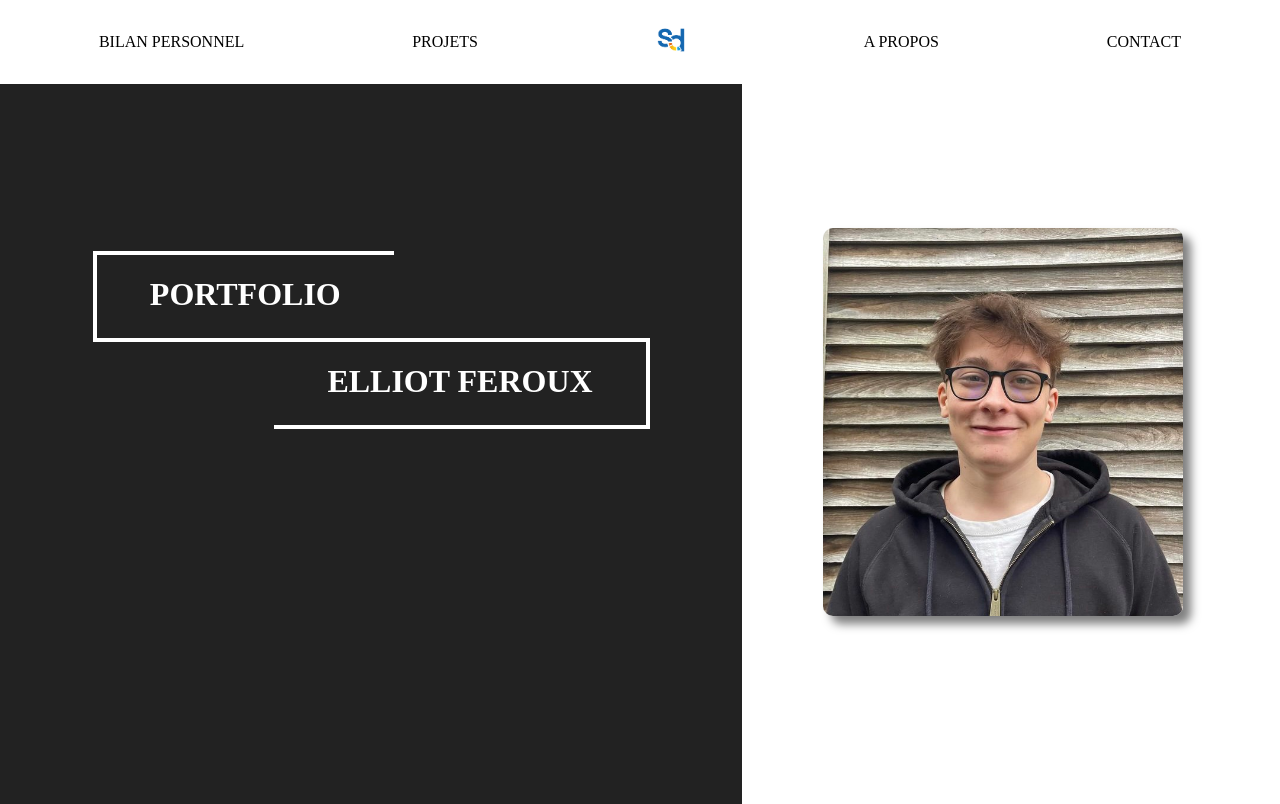
Repository: elliotfx/elliotfx.github.io
Page: html/main.html
The author's editor kept a copy of each file at every save. The page is drawn from the files as they stood at one save, then again after the next save.
The browser window is 1280 px wide. The pictures show the whole page.

Above is the page before, as saved 2025-03-18 20:05:23.

### html/main.html
<!DOCTYPE html>
<html lang="fr">

<head>
    <meta charset="UTF-8">
    <meta name="viewport" content="width=device-width, initial-scale=1.0">
    <meta name="author" content="Elliot FEROUX">
    <meta name="description" content="Portfolio de Elliot FEROUX">
    <link rel="shortcut icon" href="SD.png" type="image/x-icon">
    <title>Accueil (Portfolio Elliot FEROUX)</title>
    <link rel="stylesheet" type="text/css" href="./../css/style.css" media="screen">
    <link rel="preconnect" href="https://fonts.googleapis.com">
    <link rel="preconnect" href="https://fonts.gstatic.com" crossorigin>
    <link href="https://fonts.googleapis.com/css2?family=Kanit:ital,wght@0,100;0,200;0,300;0,400;0,500;0,600;0,700;0,800;1,100;1,200;1,300;1,400;1,500;1,600;1,700;1,800&display=swap" rel="stylesheet">
    <link rel="stylesheet" href="../css/font-awesome-4.7.0/css/font-awesome.min.css">
</head>

<body>

    <header>
        <div class="navbar" id="nav">
            <div class="burger-container">
                <i class="fa fa-bars iconeburger" aria-hidden="true"></i>
            </div>
            <ul class="navbar-menu">
                <li class="link-nav-underline"><a href="bilan.html">BILAN PERSONNEL</a></li>
                <li class="link-nav-underline-projet"><a href="projets.html">PROJETS</a></li>
                <li class="logo">
                    <a href="https://iutp.univ-poitiers.fr/sd/" target="_blank">
                        <img src="./../Images/SD.png" alt="Logo BUT Sciences des Données">
                    </a>
                </li>
                <li class="link-nav-underline"><a href="apropos.html">A PROPOS</a></li>
                <li class="link-nav-underline"><a href="contact.html">CONTACT</a></li>
            </ul>
        </div>

        <div id="burgerbar">
            <a href="https://iutp.univ-poitiers.fr/sd/" target="_blank"><img src="./../Images/SD.png" alt="Logo BUT Sciences des Données" class="logo-burger"></a>
            <i class="fa fa-times iconeburgerclose" aria-hidden="true"></i>
            <ul class="burger-menu-list">
                <li class="link-nav-underline"><a href="bilan.html">BILAN PERSONNEL</a></li><br>
                <li class="link-nav-underline"><a href="projets1.html">PROJETS</a></li><br>
                <li class="link-nav-underline"><a href="apropos.html">A PROPOS</a></li><br>
                <li class="link-nav-underline"><a href="contact.html">CONTACT</a></li>
            </ul>
        </div>
    </header>



    <div class="container">
        <div class="half black">
            <div class="titles-container">
                <div class="portfolio-container">
                    <h1>PORTFOLIO</h1>
                </div>
                <div class="name-container">
                    <h1>ELLIOT FEROUX</h1>
                </div>
            </div>
        </div>
        <div class="half white">
            <div class="contenu">
                <a href="apropos.html"><img src="./../Images/PHOTO.jpg" alt="Photo de Elliot FEROUX" class="photo"></a>
            </div>
        </div>
    </div>

    <div class="bas">
        <div class="containerphoto2">
            <a href="apropos.html"><img src="./../Images/PHOTO.jpg" alt="Photo de Elliot FEROUX" class="photo2"></a>
        </div>
    </div>

    <script src="./../js/script_projets.js"></script>
    <script src="./../JS/headerloader.js"></script>

</body>

</html>

### css/style.css
@import "navbar_stylesheet.css" ;

.bas {
    display: none;
    position: relative;
    bottom: 0;
    left: 0;
    width: 100%;
    height: 500px;
    background-color: rgb(255, 255, 255);
    box-sizing: border-box;
    z-index: 1000;
}

.bas .photo2 {
    width: 40%;
    height: auto;
    display: block;
    left: 32%;
    top: 10%;
}

.logo:hover img {
    animation: anim 1s infinite alternate;
}

body, html {
    margin: 0;
    padding: 0;
    overflow: hidden;
}

.nom,
.portfolio {
    font-family: "Géorgie", sans-serif;
    position: absolute;
    color: #fff;
}

.photo {
    position: relative;
    float: right;
    border-radius: 10px;
    box-shadow: 8px 8px 10px 0 rgba(0, 0, 0, 0.5);
    width: 50vh;
}

.photo2 {
    width: 100%;
    display: block;
    border-radius: 10px;
    box-shadow: 8px 8px 10px 0 rgba(0, 0, 0, 0.5);
    position: relative;
}

.contenu {
    position: absolute;
    float: right;
    width: fit-content;
    height: fit-content;
    right: 18%;
    top: 16%;
    transition: 1s;
    display: inline;
    margin-left: ;
}

.containerphoto2 {
    position: absolute;
    transition: 1s;
    height: 100%;
    width: 100%;
    display: inline;
    left: 0;
    top: 0;
}

.containerphoto2:hover,
.contenu:hover {
    transform: scale(1.10);
}

.container {
    width: 100%;
    height: 100vh;
    display: flex;
}

.half {
    height: 100%;
    position: relative;
}

.black {
    position: relative;
    background-color: #222222;
    width: 58%;
}

.white {
    position: relative;
    background-color: #fff;
    width: 42%;
}

.nom {
    top: 43.5%;
    left: 40%;
    font-size: 3em;
    position: absolute;
}

.titles-container {
    width: 100%;
    height: 100%;
    display: block;
    justify-content: center;
    align-items: center;
    padding-top: 21.5%;
}

.titles-container .portfolio-container {
    float: left;
    width: 40%;
    margin-left: 12.5%;
    border-top: 4px solid #fff;
    border-left: 4px solid #fff;
    border-bottom: 4px solid #fff;
}

.titles-container .name-container {
    float: right;
    width: 50%;
    margin-right: 12.5%;
    border-top: 4px solid #fff;
    border-right: 4px solid #fff;
    border-bottom: 4px solid #fff;
    margin-top: -4px;
}

h1 {
    width: 100%;
    font-size: 4em;
    color: #fff;
    text-align: center;
}

h1:after {
    content: "";
    display: block;
    margin-left: 5%;
    width: 90%;
    height: 3px;
    background: #ffffff;
    transform: scaleX(0);
    transition: transform 0.2s ease-in-out;
}

h1:hover:after {
    transform: scaleX(1);
}

.navbar > ul {
    justify-content: space-around;
}

.left-links > ul > li,
.right-links > ul > li {
    margin-left: 0;
}

.left-links > ul > li + li,
.right-links > ul > li + li {
    margin-left: 20px;
}

@media screen and (max-width: 1400px) {
    .Lignes {
        width: 100%;
    }

    .contenu {
        top: 20%;
    }
}

@media screen and (max-width: 1440px) {
    .nom {
        left: calc(43% - 8%);
    }

    h1 {
        font-size: 3em;
    }
}

@media screen and (max-width: 1415px) {
    .nom {
        left: calc(36% - 8%);
    }

    .titles-container {
        padding-top: 21.5%;
    }
}

@media screen and (max-width: 1390px) {
    .nom {
        left: calc(35% - 8%);
    }

    h1 {
        font-size: 2em;
    }

    .titles-container {
        padding-top: calc(21.5% + 1%);
    }
}

@media screen and (max-width: 1300px) {
    .nom {
        left: calc(34% - 8%);
    }
}

@media screen and (max-width: 1275px) {
    .nom {
        left: calc(33% - 8%);
    }

    .titles-container {
        padding-top: calc(21.5% + 3%);
    }
}

@media screen and (max-width: 1250px) {
    .nom {
        left: calc(32% - 8%);
    }
}

@media screen and (max-width: 1225px) {
    .nom {
        left: calc(31% - 8%);
    }

    .titles-container {
        padding-top: calc(21.5% + 5%);
    }
}

@media screen and (max-width: 1200px) {
    .nom {
        left: calc(30% - 8%);
    }
}

@media screen and (max-width: 1175px) {
    .nom {
        left: calc(29% - 8%);
    }

    .titles-container {
        padding-top: calc(21.5% + 7%);
    }
}

@media screen and (max-width: 1150px) {
    .nom {
        left: calc(28% - 8%);
    }
}

@media screen and (max-width: 1125px) {
    .nom {
        left: calc(27% - 8%);
    }
    .titles-container {
        padding-top: calc(21.5% + 9%);
    }
}

@media screen and (max-width: 1100px) {
    .nom {
        left: calc(26% - 8%);
    }
}

@media screen and (max-width: 1075px) {
    .nom {
        left: calc(25% - 8%);
    }

    .titles-container {
        padding-top: calc(21.5% + 11%);
    }
}

@media screen and (max-width: 1050px) {
    .nom {
        left: calc(24% - 8%);
    }
}

@media screen and (max-width: 1025px) {
    .nom {
        left: calc(23% - 8%);
    }
}

@media screen and (max-width: 1000px) {
    .nom {
        left: calc(22% - 8%);
    }
    .titles-container {
        padding-top: calc(21.5% + 13%);
    }
}

@media screen and (max-width: 975px) {
    .nom {
        left: calc(21% - 8%);
    }
}

@media screen and (max-width: 950px) {
    .nom {
        left: calc(20% - 8%);
    }
}

@media screen and (max-width: 925px) {
    .nom {
        left: calc(19% - 8%);
    }
    .titles-container {
        padding-top: calc(21.5% + 15%);
    }
}

@media screen and (max-width: 900px) {
    .Lignes {
        left: 0;
        top: 5%;
    }

    .white {
        display: none;
    }

    .black {
        width: 100%;
    }

    body, html {
        overflow-y: auto;
    }

    .nom {
        left: 40%;
    }

    .navbar > ul {
        justify-content: flex-end;
    }

    ul > li.left-links,
    ul > li.right-links {
        display: none;
    }

    ul > li.logo {
        float: right;
    }

    .burger-container {
        display: block;
    }

    .bas {
        display: block;
    }

    .containerphoto2 {
        display: block;
    }
    .photo2 {
        position: absolute;
        width: 100%;
        height: auto;
        display: block;
    }

    .black {
        height: 95%;
    }
    .titles-container {
        padding-top: 21.5%;
    }
}

.iconeburger {
    cursor: pointer;
    position: relative;
}

#burgerbar {
    height: 100vh;
    width: 50%;
    background-color: #fff;
    position: fixed;
    top: 0;
    left: -100%;
    display: flex;
    flex-direction: column;
    align-items: center;
    justify-content: center;
    z-index: 3000;
    transition: left 0.3s ease-in-out;
    padding: 20px;
    box-shadow: 2px 0 5px rgba(0, 0, 0, 0.5);
}

#burgerbar .iconeburgerclose {
    font-size: 2em;
    cursor: pointer;
    position: absolute;
    top: 20px;
    right: 20px;
}

.burger-menu-list {
    list-style-type: none;
    padding: 0;
    margin: 0;
    width: 100%;
    text-align: center;
}

.burger-menu-list li {
    margin: 20px 0;
}

.burger-container {
    display: none;
    width: 5%;
    height: 100%;
    justify-content: center;
    align-items: center;
    cursor: pointer;
}

.burger-container .iconeburger {
    font-size: 2em;
}

.burger-logo {
    position: absolute;
    bottom: 20px;
    right: 20px;
}

#burgerbar .logo-burger {
    max-width: 50px;
    height: auto;
}

@media screen and (max-width: 900px) {
    .burger-container {
        display: flex;
    }
    .navbar ul {
        display: none;
    }
}

.burger-container.open #burgerbar {
    left: 0;
}

@media screen and (max-width: 900px) {
    .navbar ul {
        display: none;
    }

    .burger-menu-list {
        position: relative;
        display: block;
    }

    .burger-menu-list li {
        margin: 10px 0;
    }
}

### JS/headerloader.js
// headerLoader.js
fetch('html/header.html')
    .then(response => response.text())
    .then(data => {
        document.getElementById('header-placeholder').innerHTML = data;
    })
    .catch(error => console.error('Erreur lors du chargement du header :', error));

### css/navbar_stylesheet.css
html,
body {
    overflow-x: hidden;
}

ul {
    list-style-type: none;
    padding: 0;
    margin: 0;
}

header {
    background-color: #ffffff;
    box-shadow: 3px 3px 4px rgba(205, 205, 205, 0.5);
    display: flex;
    justify-content: center;
    align-items: center;
    padding: 15px;
    z-index: 2000;
}

.navbar {
    width: 100%;
    display: flex;
    justify-content: center;
    align-items: center;
}

/* Modification principale pour répartir équitablement les éléments */
.navbar-menu {
    display: flex;
    justify-content: space-around;
    align-items: center;
    width: 100%;
}

.logo img {
    width: 50px;
    height: 50px;
}

/* Effet souligné au survol */
.link-nav-underline, .link-nav-underline-projet {
    display: inline-block;
    position: relative;
    text-decoration: none;
    color: inherit;
}

.link-nav-underline::after,
.link-nav-underline-projet::after {
    content: "";
    display: block;
    position: absolute;
    bottom: 0;
    left: 0;
    width: 100%;
    height: 2px;
    background: #000;
    transform: scaleX(0);
    transition: transform 0.2s ease-in-out;
    transform-origin: left;
}

.link-nav-underline:hover::after,
.link-nav-underline-projet:hover::after {
    transform: scaleX(1);
}

/* Style du menu burger */
.burger-container {
    display: none;
    cursor: pointer;
}

#burgerbar {
    height: 100vh;
    width: 50%;
    background-color: #fff;
    position: fixed;
    top: 0;
    left: -100%;
    display: flex;
    flex-direction: column;
    align-items: center;
    justify-content: center;
    z-index: 3000;
    transition: left 0.3s ease-in-out;
    padding: 20px;
    box-shadow: 2px 0 5px rgba(0, 0, 0, 0.5);
}

/* Responsive pour mobiles */
@media screen and (max-width: 900px) {
    .navbar-menu {
        display: none;
    }

    .burger-container {
        display: flex;
    }

    .burger-menu-list {
        display: block;
        text-align: center;
    }

    .burger-menu-list li {
        margin: 15px 0;
    }
}


a{
    color: inherit;
    text-decoration: none;
}

### html/header.html
<header>
    <div class="navbar" id="nav">
        <div class="burger-container">
            <i class="fa fa-bars iconeburger" aria-hidden="true"></i>
        </div>
        <ul class="navbar-menu">
            <li class="link-nav-underline"><a href="bilan.html">BILAN PERSONNEL</a></li>
            <li class="link-nav-underline-projet"><a href="projets.html">PROJETS</a></li>
            <li class="logo">
                <a href="https://iutp.univ-poitiers.fr/sd/" target="_blank">
                    <img src="./../Images/SD.png" alt="Logo BUT Sciences des Données">
                </a>
            </li>
            <li class="link-nav-underline"><a href="apropos.html">A PROPOS</a></li>
            <li class="link-nav-underline"><a href="contact.html">CONTACT</a></li>
        </ul>
    </div>

    <div id="burgerbar">
        <a href="https://iutp.univ-poitiers.fr/sd/" target="_blank"><img src="./../Images/SD.png" alt="Logo BUT Sciences des Données" class="logo-burger"></a>
        <i class="fa fa-times iconeburgerclose" aria-hidden="true"></i>
        <ul class="burger-menu-list">
            <li class="link-nav-underline"><a href="bilan.html">BILAN PERSONNEL</a></li><br>
            <li class="link-nav-underline"><a href="projets1.html">PROJETS</a></li><br>
            <li class="link-nav-underline"><a href="apropos.html">A PROPOS</a></li><br>
            <li class="link-nav-underline"><a href="contact.html">CONTACT</a></li>
        </ul>
    </div>
</header>

Loaded but not shown: css/font-awesome-4.7.0/css/font-awesome.min.css (library); JS/script_projets.js (no copy from this time; the picture is the same without it)

After the next save:
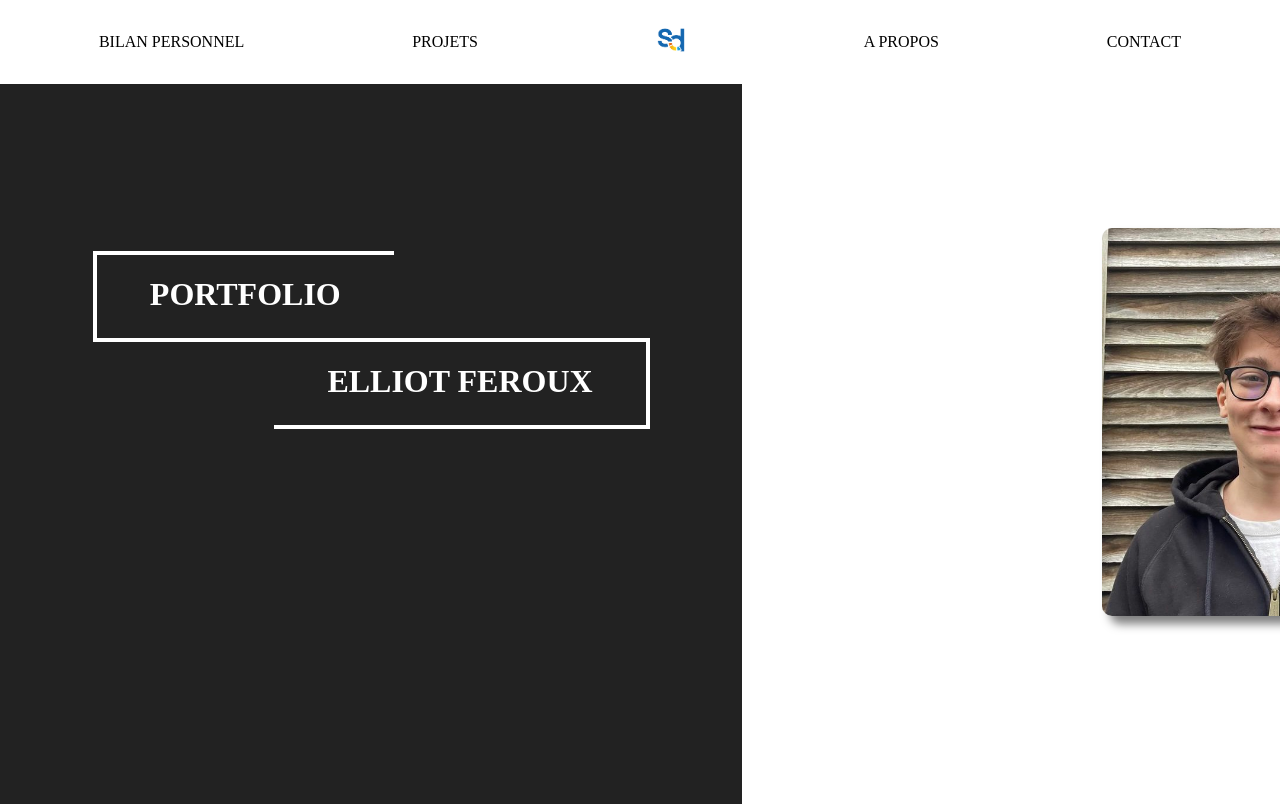
Saved 2 min 0 s later.
--- a/css/style.css
+++ b/css/style.css
@@ -58,11 +58,10 @@ body, html {
     float: right;
     width: fit-content;
     height: fit-content;
-    right: 18%;
-    top: 16%;
+    left: 50vh;
+    top: 50vh;
     transition: 1s;
     display: inline;
-    margin-left: ;
 }
 
 .containerphoto2 {
